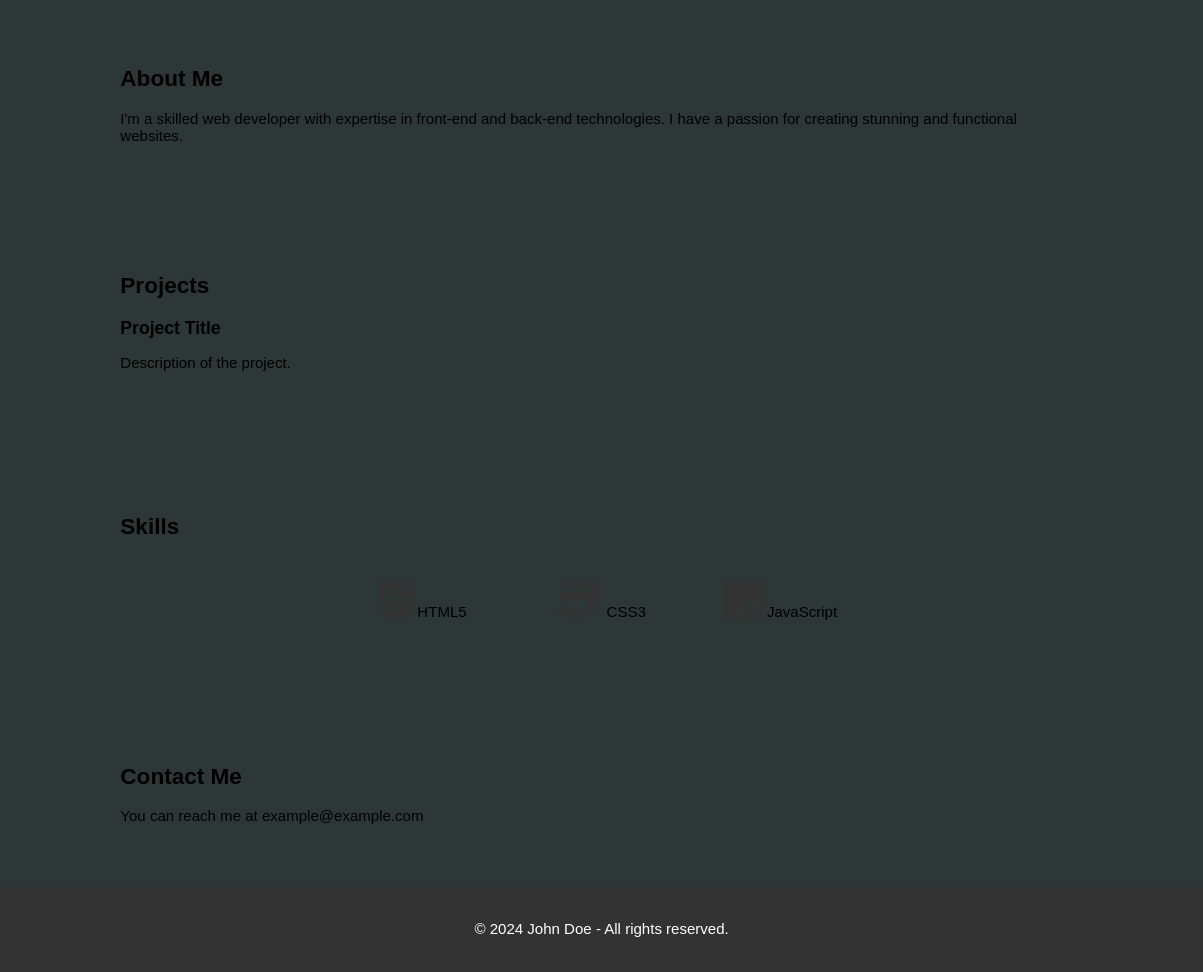
Repository: JaswanthT1/Portfolio
Page: index.html
These files come from the project's save history. The page is drawn as it stood at one moment and after a run of saves; the edit follows.
The browser window is 1280 px wide. The pictures show the part of the page from y = 718 to 1752 px (the page is 1752 px tall), at 94% of full size.

Above is the page before, as saved 2024-04-25 08:36:42.
Not found: script.js

After the next 2 saves:
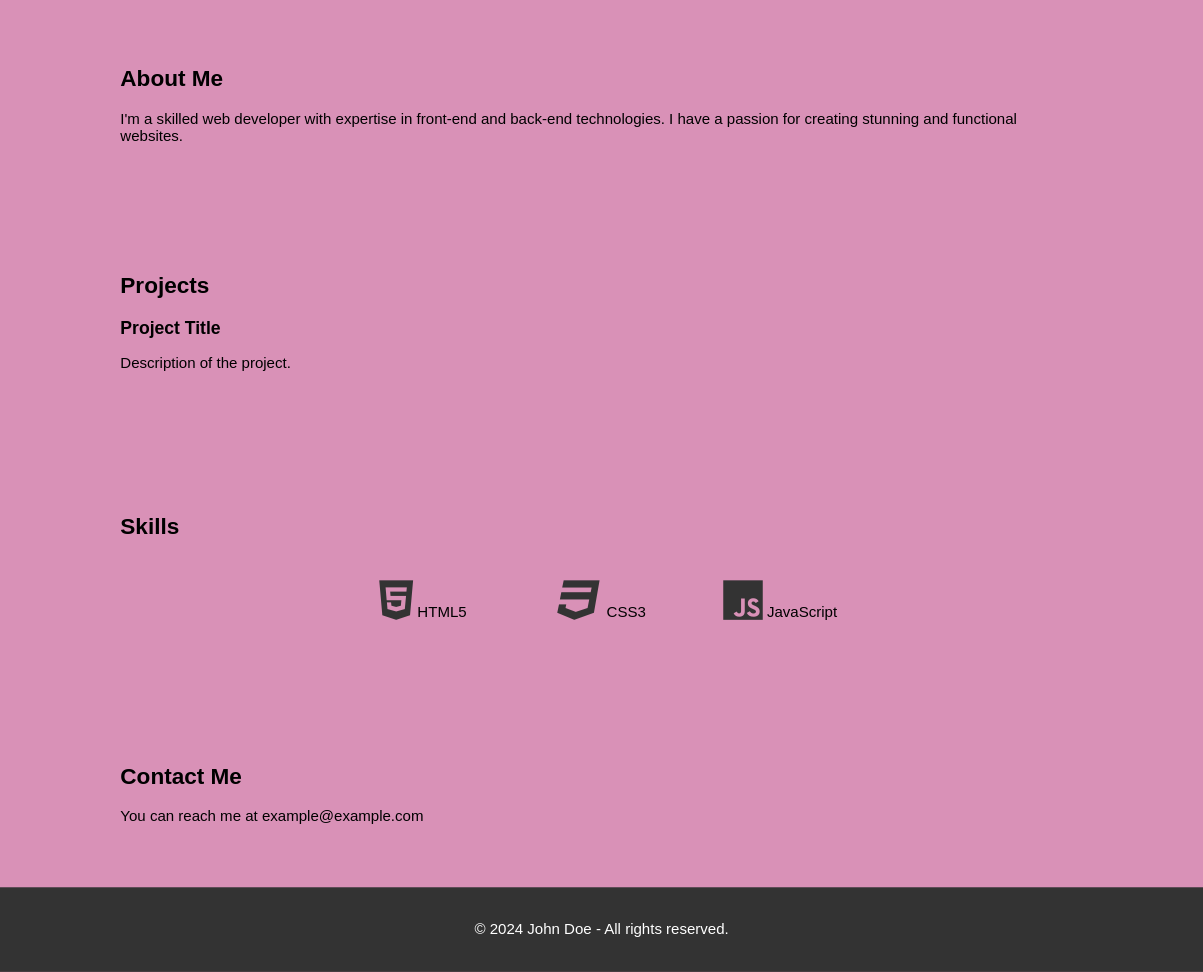
The 2 saves are shown as one change because they came seconds apart.
The last was saved 12 s later.
--- a/style.css
+++ b/style.css
@@ -4,7 +4,7 @@ body {
   font-family: Arial, sans-serif;
   margin: 0;
   padding: 0;
-  background-color: rgb(46, 55, 55);
+  background-color: rgb(217, 145, 183);
 }
 
 .container {
